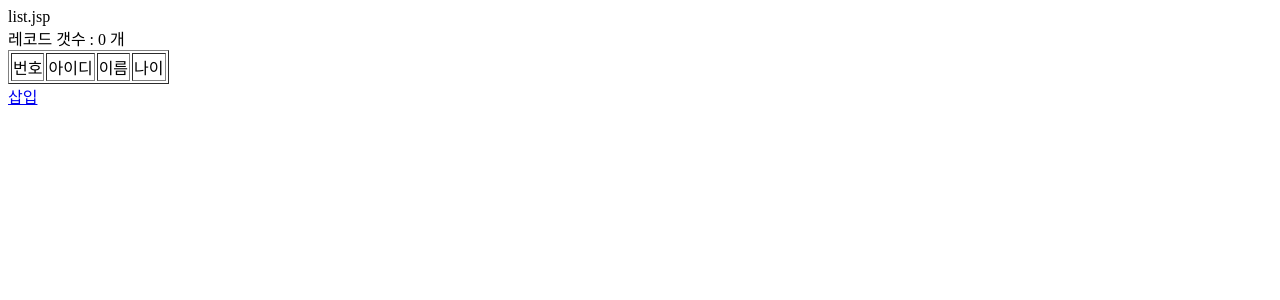
Repository: ChanhoPark-s/academyStudy
Page: http://localhost/11_DB_Person/list
The author's editor kept a copy of each file at every save. The page is drawn from the files as they stood at one save, then again after the next save.
The browser window is 1280 px wide. The pictures show the whole page.
The page is served by Tomcat 9. Other server files are loaded and not shown. Queries for data that is not in the repository find no rows.

Above is the page before, as saved 2022-08-22 01:45:20.

### 11_DB_Person/src/main/webapp/WEB-INF/views/list.jsp
<%@ page language="java" contentType="text/html; charset=UTF-8"
    pageEncoding="UTF-8"%>
    <%@ taglib prefix="c" uri="http://java.sun.com/jsp/jstl/core" %>
    <%@ taglib prefix="fn" uri="http://java.sun.com/jsp/jstl/functions" %>
list.jsp<br>
레코드 갯수 : ${fn:length(lists) } 개<br>

<table border="1">
	<tr>
		<td>번호</td>
		<td>아이디</td>
		<td>이름</td>
		<td>나이</td>
	</tr>
	<c:forEach var="p" items="${lists }">
		<tr>
			<td>${p.num }</td>
			<td>${p.id }</td>
			<td>${p.name }</td>
			<td>${p.age }</td>
		</tr>
	</c:forEach>

</table>
<a href="form">삽입</a>

### 11_DB_Person/src/main/java/com/spring/ex/command/PListCommand.java
package com.spring.ex.command;

import java.util.ArrayList;

import org.springframework.ui.Model;

import com.spring.ex.dao.PDao;
import com.spring.ex.dto.PDto;

public class PListCommand implements PCommand{

	@Override
	public void execute(Model model) {

		PDao dao = PDao.getInstance();
		ArrayList<PDto> lists =  dao.getAllData();
		model.addAttribute("lists",lists);
	}

}

### 11_DB_Person/src/main/java/com/spring/ex/dao/PDao.java
package com.spring.ex.dao;

import java.sql.Connection;
import java.sql.DriverManager;
import java.sql.PreparedStatement;
import java.sql.ResultSet;
import java.sql.SQLException;
import java.util.ArrayList;

import com.spring.ex.dto.PDto;

public class PDao {
	String driver = "oracle.jdbc.driver.OracleDriver";
    String url = "jdbc:oracle:thin:@localhost:1521:orcl";
    String id = "jspid";
    String pw = "jsppw";
    Connection conn = null;
    PreparedStatement ps =null;
    ResultSet rs = null;

	private static PDao instance;

	public static PDao getInstance() {
		if(instance==null) {
			instance = new PDao();
		}
		return instance;
	}

	private PDao(){
        try {
           Class.forName(driver);
           conn = DriverManager.getConnection(url, id, pw);
           System.out.println("연결 성공");
        } catch (ClassNotFoundException | SQLException e) {
           System.out.println("연결 실패");
        }
     }//



	//===========================================================================

	public void write(String id,String name, String age) {

		String sql = "insert into person values(person_seq.nextval,?,?,?)";

		try {
			ps = conn.prepareStatement(sql);

			ps.setString(1, id);
			ps.setString(2, name);
			ps.setString(3, age);

			ps.executeUpdate();

		} catch (SQLException e) {
			System.out.println("write sql error");
		}finally {
			try {
				if(ps!=null)
				ps.close();
			} catch (SQLException e) {
				e.printStackTrace();
			}
		}
	}//write

//============================================================================================

	public ArrayList<PDto> getAllData() {

		ArrayList<PDto> lists = new ArrayList<PDto>();

		String sql = "select * from person order by num";
		try {
			ps = conn.prepareStatement(sql);

			rs = ps.executeQuery();


			while(rs.next()) {
				PDto pdto = new PDto();

				pdto.setNum(rs.getInt("num"));
				pdto.setId(rs.getString("id"));
				pdto.setName(rs.getString("name"));
				pdto.setAge(rs.getInt("age"));

				lists.add(pdto);
			}

		} catch (SQLException e) {
			System.out.println("getAllData sql error");
		} finally {
			try {
				if (rs != null)
					rs.close();
				if (ps != null)
					ps.close();
			} catch (SQLException e) {
				e.printStackTrace();
			}
		}

		return lists;
	}//getAllData
//============================================================================================


//============================================================================================



//============================================================================================

}

After the next save:
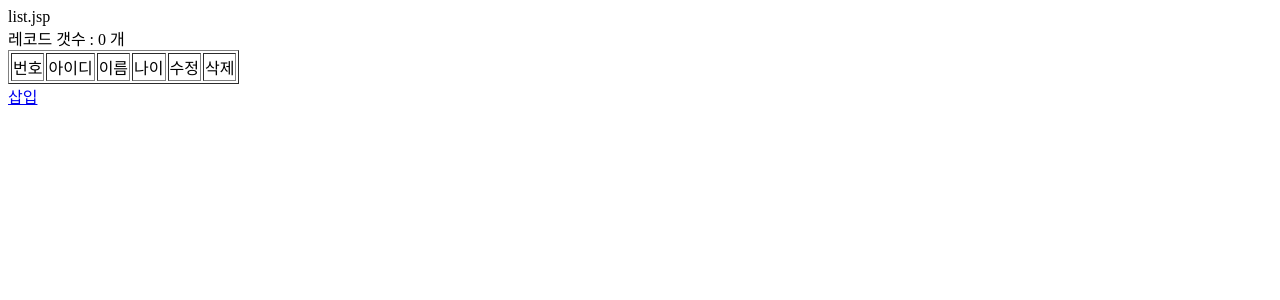
Saved 15 min 26 s later.
--- a/11_DB_Person/src/main/webapp/WEB-INF/views/list.jsp
+++ b/11_DB_Person/src/main/webapp/WEB-INF/views/list.jsp
@@ -11,6 +11,8 @@ list.jsp<br>
 		<td>아이디</td>
 		<td>이름</td>
 		<td>나이</td>
+		<td>수정</td>
+		<td>삭제</td>
 	</tr>
 	<c:forEach var="p" items="${lists }">
 		<tr>
